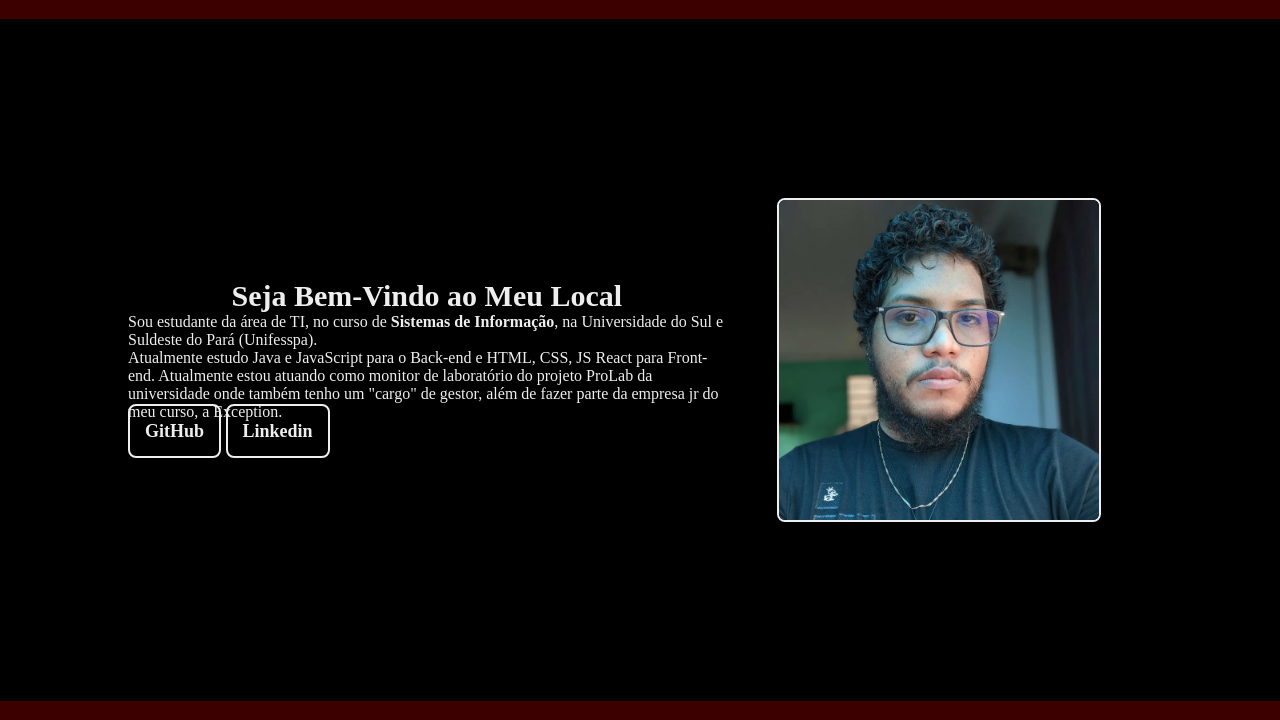
Repository: ramoncbarbosa/Web1_Atividade2
Page: index.html
These files come from the project's save history. The page is drawn as it stood at one moment and after the next save; the edit follows.
The browser window is 1280 px wide. The pictures show the whole page.

Above is the page before, as saved 2023-06-09 14:36:23.

After the next save:
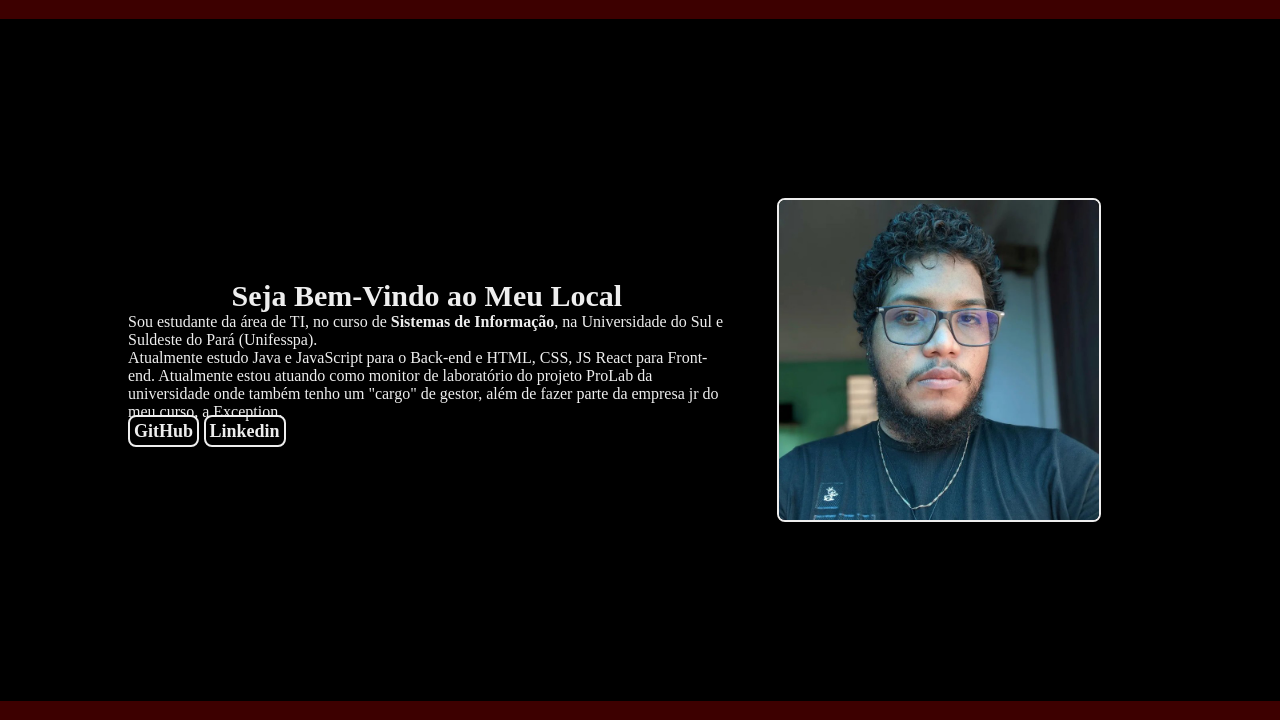
Saved 7 s later.
--- a/styles/styles.css
+++ b/styles/styles.css
@@ -83,7 +83,7 @@ body {
     padding: 12px;
     display: inline;
     margin-bottom: 30px;
-    padding: 15px;
+    padding: 4px;
     text-decoration: none;
     color: var(--cor-dois);
 
